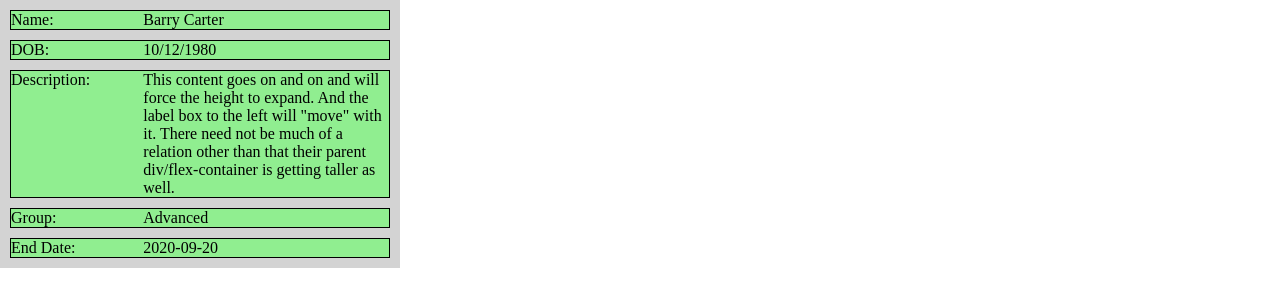
Repository: ahmetbugraozcan/css-ders-programi
Page: deneme2.html
The author's editor kept a copy of each file at every save. The page is drawn from the files as they stood at one save, then again after the next save.
The browser window is 1280 px wide. The pictures show the whole page.

Above is the page before, as saved 2021-07-10 13:29:10.

### deneme2.html
<!DOCTYPE html>
<html>

<head>
    <style>
        * {
            box-sizing: border-box;
        }


        body,
        html {
            height: 100%;
            margin: 0;
        }


        #container {
            width: 400px;
            display: flex;
            flex-direction: column;
            justify-content: flex-start;
            align-items: flex-start;
            background-color: lightgrey;
            padding: 10px;

        }


        .shelf {

            flex: 1 1 auto;
            width: 100%;
            margin-bottom: 10px;
            border: 1px solid black;
            background-color: lightgreen;

            display: flex;
            flex-direction: row;

        }

        .shelf:last-child {
            margin-bottom: 0;
        }


        .labelbox {
            flex: 0 0 35%;
        }


        .valuebox {
            flex: 0 0 65%;
        }
    </style>
</head>

<body><div id="container">

    <div class="shelf">
        <div class="labelbox">Name: </div> <div class="valuebox">Barry Carter</div>
    </div>

    <div class="shelf">
        <div class="labelbox">DOB:</div><div class="valuebox">10/12/1980</div>
    </div>

    <div class="shelf">

        <div class="labelbox">
            Description:
        </div>

        <div class="valuebox">

            This content goes on and on and will force the height to expand. And the label box to the left will
            "move" with it. There need not be much of a relation other than that their parent div/flex-container is
            getting taller as well.

        </div>

    </div>

    <div class="shelf">
        <div class="labelbox">Group:</div><div class="valuebox">Advanced</div>
    </div>

    <div class="shelf">
        <div class="labelbox">End Date:</div><div class="valuebox">2020-09-20</div>
    </div>

</div></body>

</html>

After the next save:
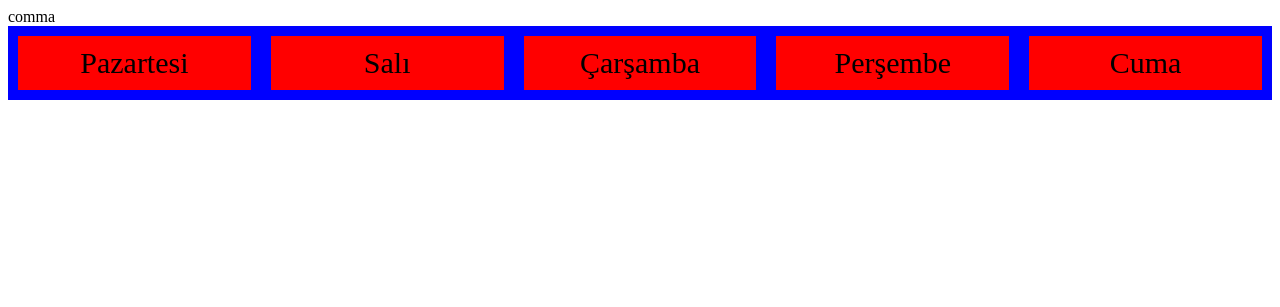
Saved 43 s later.
--- a/deneme2.html
+++ b/deneme2.html
@@ -1,95 +1,35 @@
 <!DOCTYPE html>
 <html>
-
+comma
 <head>
     <style>
-        * {
-            box-sizing: border-box;
+        .flex-container {
+            display: flex;
+            background-color: blue;
         }
 
-
-        body,
-        html {
-            height: 100%;
-            margin: 0;
-        }
-
-
-        #container {
-            width: 400px;
-            display: flex;
-            flex-direction: column;
-            justify-content: flex-start;
-            align-items: flex-start;
-            background-color: lightgrey;
+        .flex-container>div {
+            width: 100px;
+            background-color: red;
+            flex-grow: 1;
             padding: 10px;
-
-        }
-
-
-        .shelf {
-
-            flex: 1 1 auto;
-            width: 100%;
-            margin-bottom: 10px;
-            border: 1px solid black;
-            background-color: lightgreen;
-
-            display: flex;
-            flex-direction: row;
-
-        }
-
-        .shelf:last-child {
-            margin-bottom: 0;
-        }
-
-
-        .labelbox {
-            flex: 0 0 35%;
-        }
-
-
-        .valuebox {
-            flex: 0 0 65%;
+            margin: 10px;
+            text-align: center;
+            font-size: 30px;
         }
     </style>
 </head>
 
-<body><div id="container">
+<body>
 
-    <div class="shelf">
-        <div class="labelbox">Name: </div> <div class="valuebox">Barry Carter</div>
+    <div class="flex-container">
+        <div>Pazartesi</div>
+        <div>Salı</div>
+        <div>Çarşamba</div>
+        <div>Perşembe</div>
+        <div>Cuma</div>
     </div>
 
-    <div class="shelf">
-        <div class="labelbox">DOB:</div><div class="valuebox">10/12/1980</div>
-    </div>
-
-    <div class="shelf">
-
-        <div class="labelbox">
-            Description:
-        </div>
-
-        <div class="valuebox">
-
-            This content goes on and on and will force the height to expand. And the label box to the left will
-            "move" with it. There need not be much of a relation other than that their parent div/flex-container is
-            getting taller as well.
-
-        </div>
-
-    </div>
-
-    <div class="shelf">
-        <div class="labelbox">Group:</div><div class="valuebox">Advanced</div>
-    </div>
-
-    <div class="shelf">
-        <div class="labelbox">End Date:</div><div class="valuebox">2020-09-20</div>
-    </div>
-
-</div></body>
+</body>
 
 </html>
